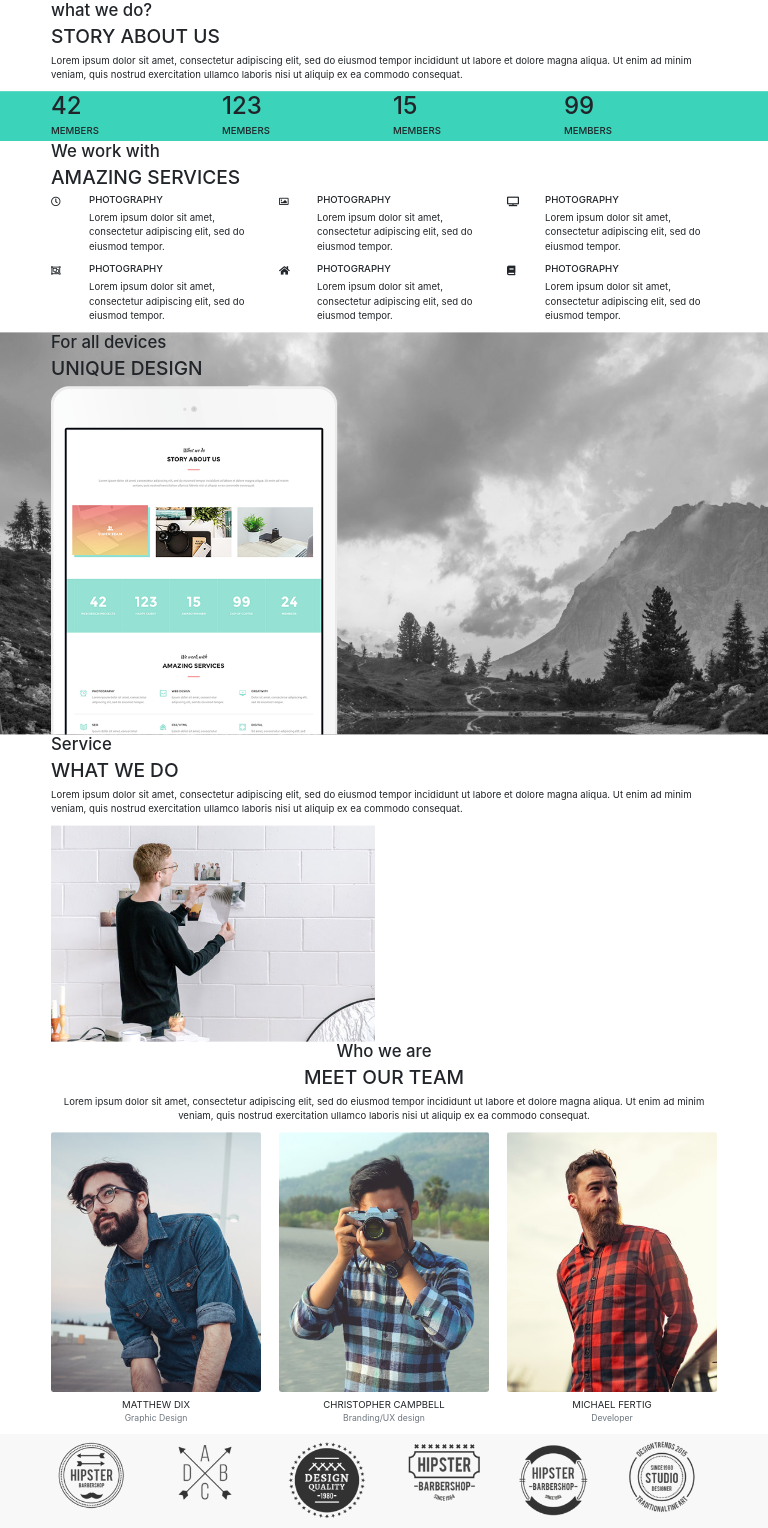
Repository: nourabdelhakam/MoGo-template
Page: index.html
An editor plug-in stored every save of this project. The page is shown before and after the next save, followed by the edit.
The browser window is 1280 px wide. The pictures show the whole page, at 60% of full size.
Some web libraries are served in a nearby version. The style sheet was rebuilt from its Sass, Less or Tailwind sources for each picture, by a compiler version that may differ from the author's.

Above is the page before, as saved 2021-02-21 20:52:09.

After the next save:
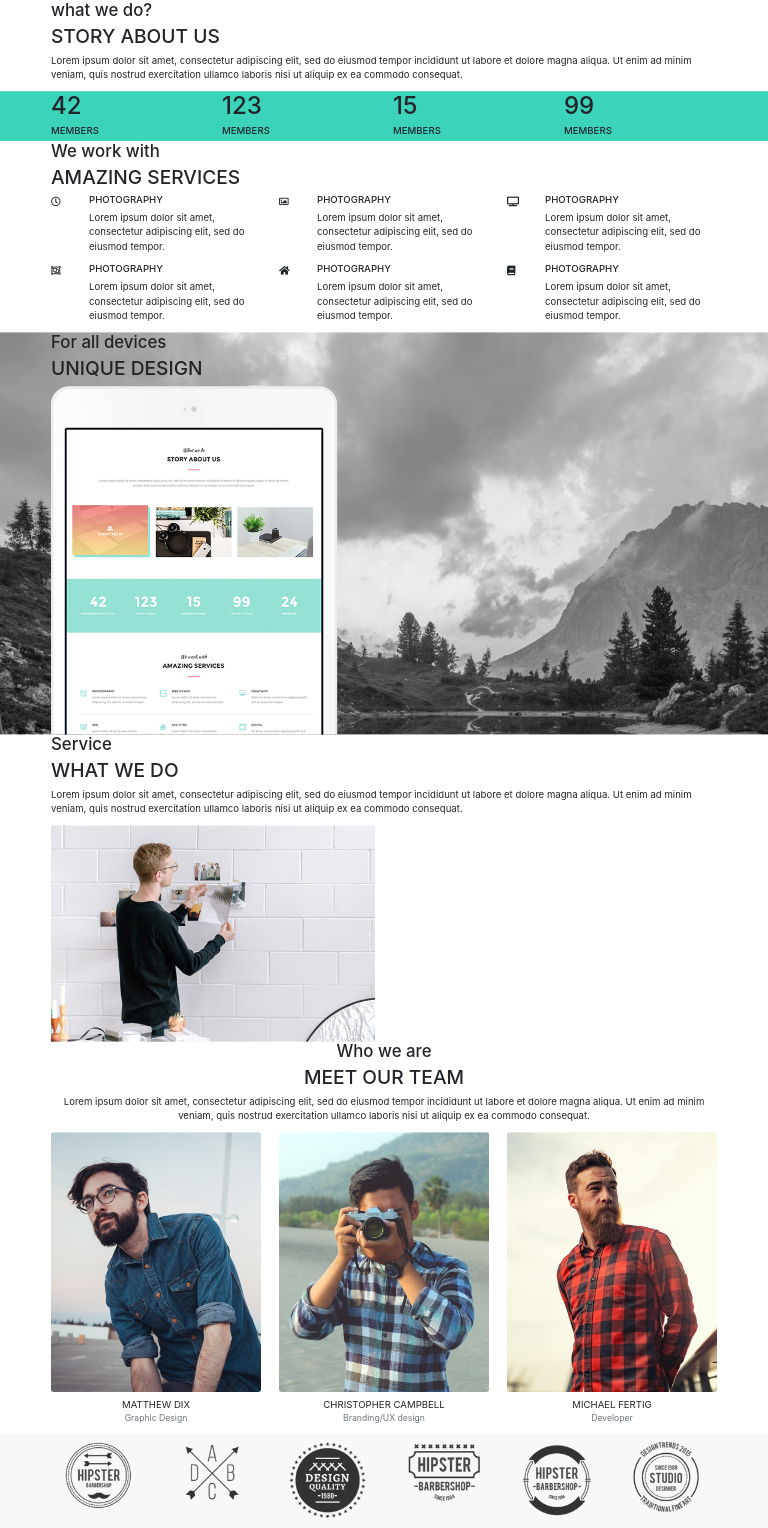
Saved 4 min 16 s later.
--- a/index.html
+++ b/index.html
@@ -181,7 +181,7 @@
     <!--END OF  Who we are -------------------------------------------------->
 
     <!-- BRANDS -------------------------------------------------------------->
-    <section class="brands">
+    <section class="brands text-center">
         <div class="container">
             <div class="row">
                 <div class="col-xl-2 col-md-4 col-sm-12 col-xs-12"><img class="img-fluid" src="./assets/img/clogo1.png" alt=""></div>
